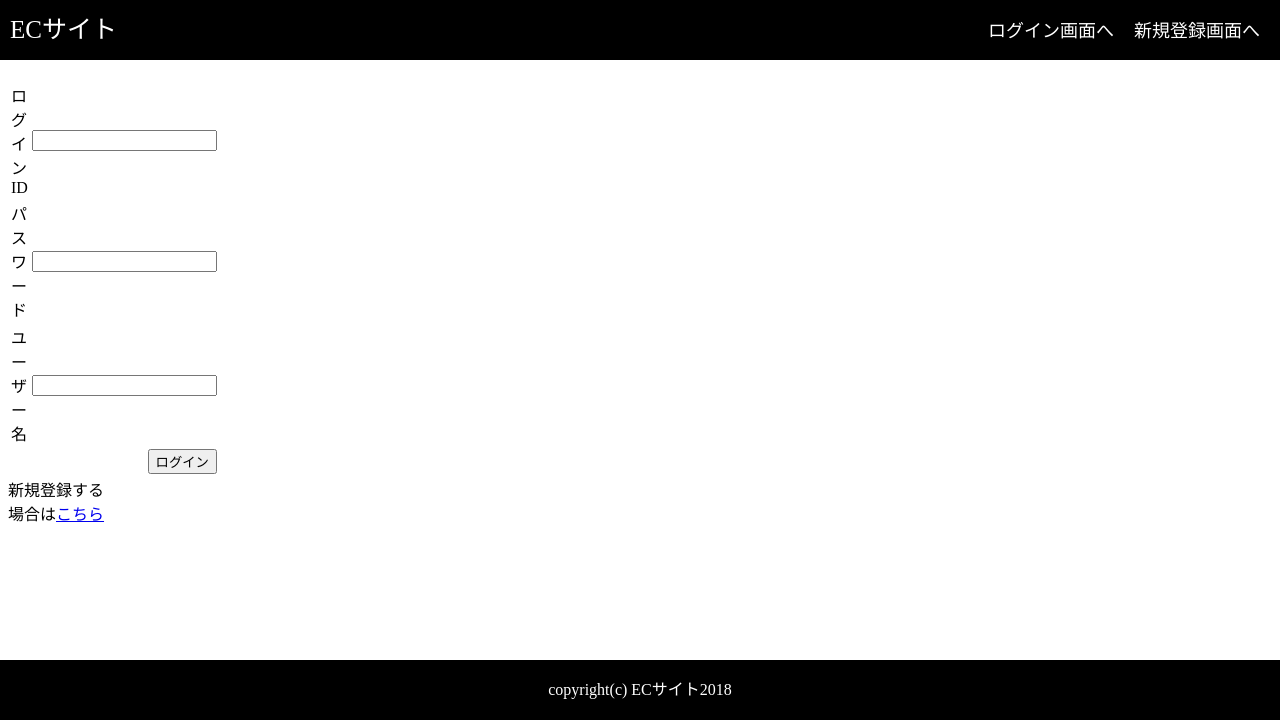
Repository: nyanya02/ECsite
Page: http://localhost/ECsite/signin.jsp
The author's editor kept a copy of each file at every save. The page is drawn from the files as they stood at one save, then again after the next save.
The browser window is 1280 px wide. The pictures show the whole page.
The page is served by Tomcat 9. Other server files are loaded and not shown.

Above is the page before, as saved 2018-04-26 04:53:46.

### ECsite/WebContent/signin.jsp
<%@ page language="java" contentType="text/html; charset=UTF-8"
    pageEncoding="UTF-8"%>
<%@ taglib prefix="s" uri="/struts-tags" %>
<!DOCTYPE html PUBLIC>
<html>
<head>
<meta charset="UTF-8">
<meta http-equiv="imagetoolbar" content="no"/>
<meta name="author" content="">
<meta name="keywords" content="">
<meta name="description" content="">

<title>ログイン</title>

<!-- <link rel="stylesheet" href="/css/style.css"> -->

<style>

#header{
    position:absolute;
    top:0;
    left:0;
    width:100%;
    height:60px;
    background-color: black;
}

#header #logo{
    float: left;
    width:200px;
    padding-left: 10px;
    color: white;
    font-size: 25px;
    line-height: 60px;
}

#header ul{
    float: right;
    line-height: 30px;
}

#header ul li{
    float: left;
    list-style: none;
    padding-right: 20px;
    color: white;
    font-size: 18px;
}

#logo a{
    text-decoration: none;
    color: white;
}
#logo a:hover{
    color: #E6E6E6;
}

#header li a{
    text-decoration: none;
    color: white;
}
#header li a:hover{
    color: #E6E6E6;
}

#main{
    float: clear;
    position: absolute;
    top: 30px;
    margin-top:50px;
    width: 100px;
}

#footer{
    clear:both;
    width: 100%;
    height: 60px;
    position: absolute;
    bottom: 0;
    left: 0;
    color: white;
    background-color: black;
    text-align: center;
    line-height: 60px;
}


</style>

</head>
<body>

		<div id="header">
            <div id="logo"><a href='<s:url action="GoHomeAction"/>'>ECサイト</a></div>
            <ul>
                <li><a href='<s:url action="GoSignInAction"/>'>ログイン画面へ</a></li>
                <li><a href='<s:url action="GoSignUpAction"/>'>新規登録画面へ</a></li>
            </ul>
        </div>

        <div id="main">
        	<table>
        		<s:form action="SignInConfirm">

					<tr>
						<td><label>ログインID</label></td>
						<td><input type="text" name="loginUserId" value=""></td>
					</tr>
					<tr>
						<td><label>パスワード</label></td>
						<td><input type="text" name="loginPassword" value=""></td>
					</tr>
					<tr>
						<td><label>ユーザー名</label></td>
						<td><input type="text" name="loginUser" value=""></td>
					</tr>

            		<s:submit value="ログイン"/>

            	</s:form>

        	</table>

		<div>
			<span>新規登録する場合は</span><a href='<s:url action="GoSignUpAction"/>'>こちら</a>
		</div>

        </div>

        <div id="footer">
            copyright(c) ECサイト2018
        </div>

</body>
</html>

After the next save:
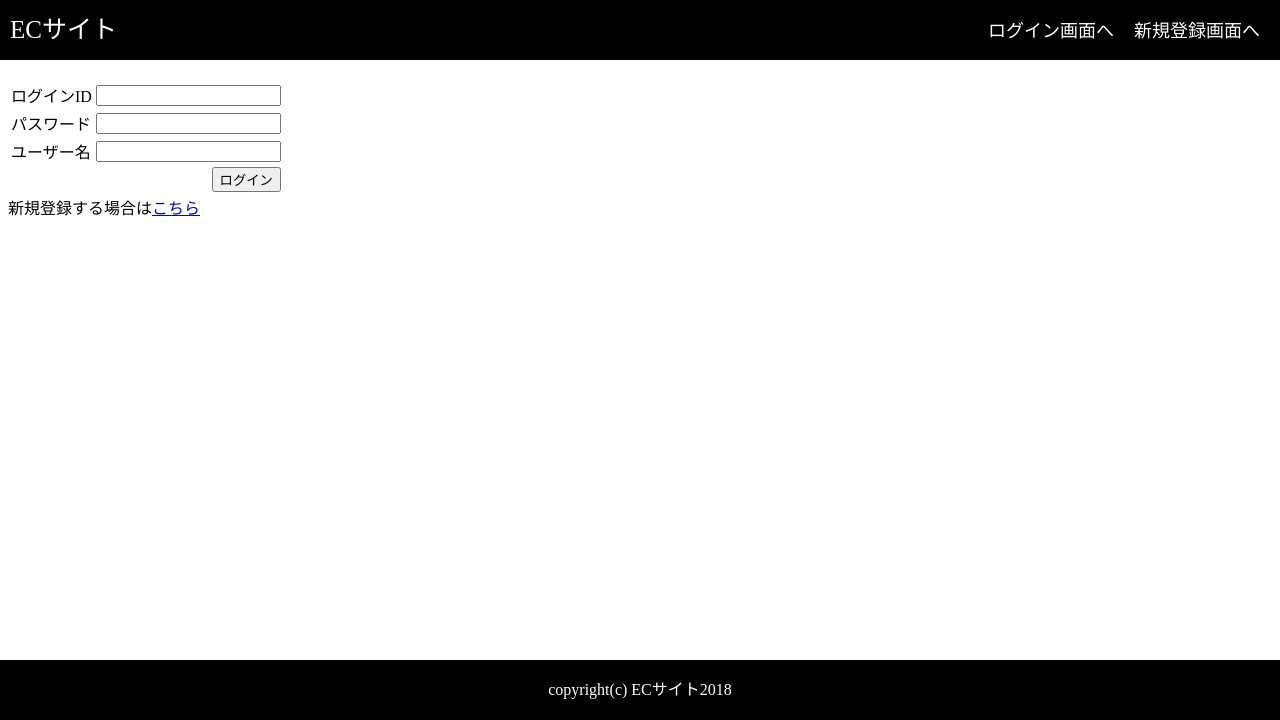
Saved 16 s later.
--- a/ECsite/WebContent/signin.jsp
+++ b/ECsite/WebContent/signin.jsp
@@ -68,7 +68,7 @@
     position: absolute;
     top: 30px;
     margin-top:50px;
-    width: 100px;
+    width: 100%;
 }
 
 #footer{
